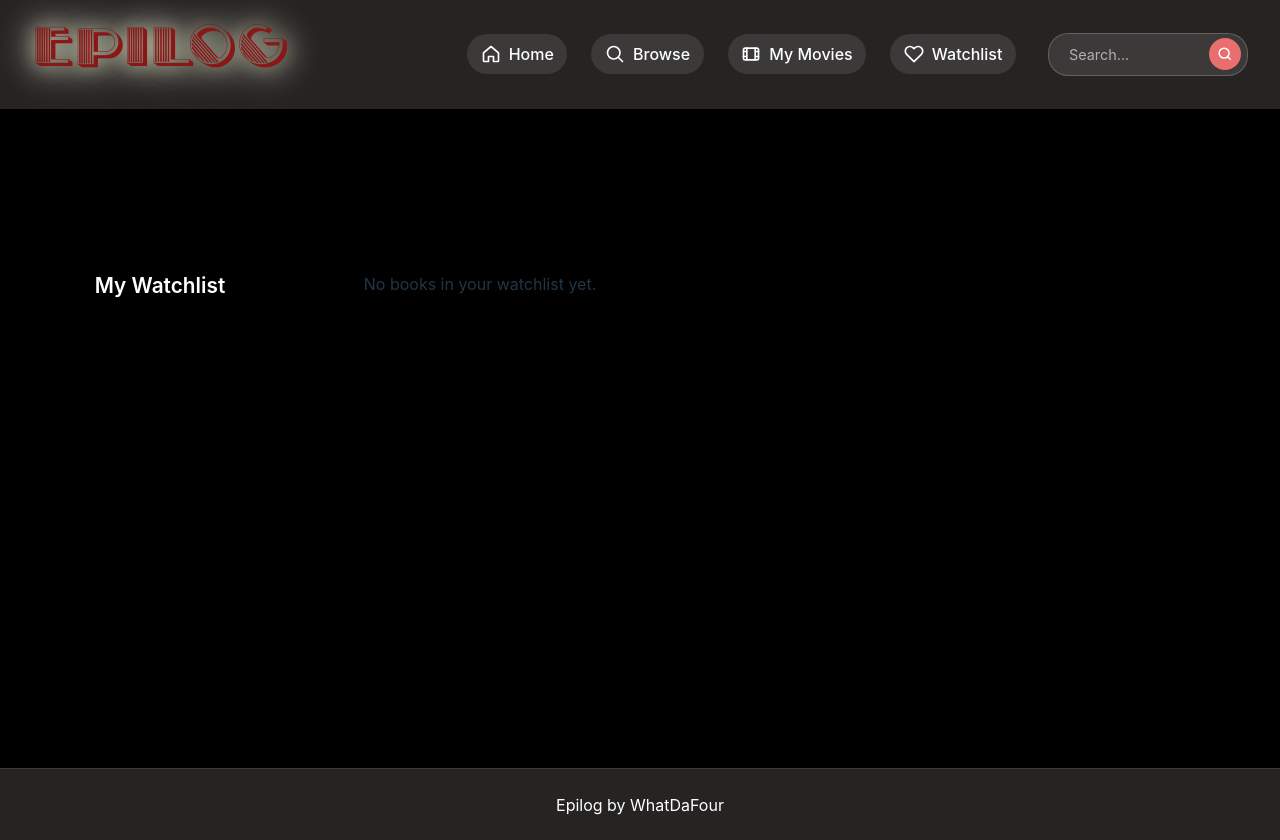
Repository: primcharlin/COMP3170_Epilog
Page: /favourites-myreviews
These files come from the project's save history. The page is drawn as it stood at one moment and after the next save; the edit follows.
The browser window is 1280 px wide. The pictures show the whole page.
The project was rebuilt for these pictures with package versions that can differ from the ones it lists, and the page was loaded fresh each time. Also part of the build but not shown: vite.config.js, src/components/SearchBar.jsx, src/components/BasicMovieCard.jsx, src/components/MovieCarousel.jsx, src/components/Popup.jsx, src/pages/Home.jsx, src/pages/Browse.jsx, src/components/Modal.jsx and 4 more.

Above is the page before, as saved 2025-11-15 15:48:45.

After the next save:
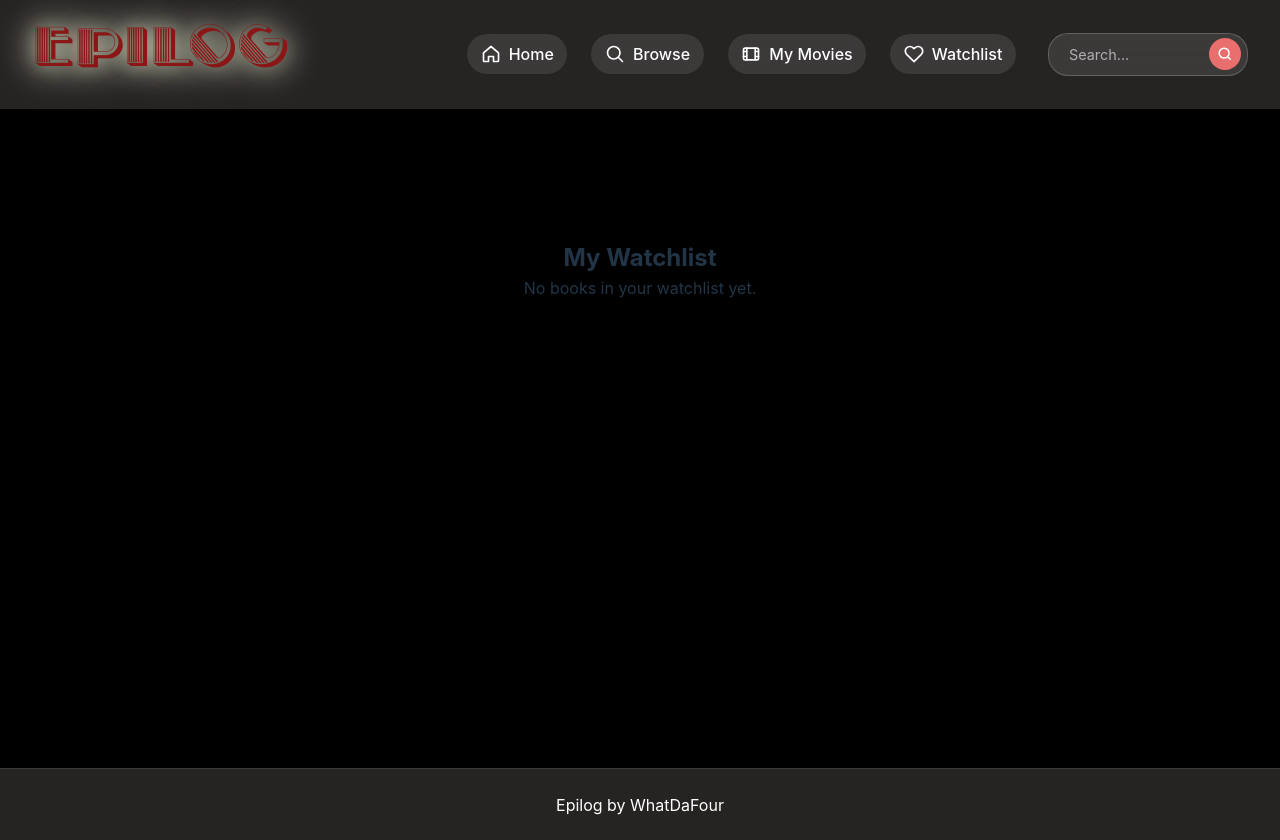
Saved 91 s later.
--- a/src/pages/Watchlist.jsx
+++ b/src/pages/Watchlist.jsx
@@ -12,18 +12,18 @@
   }, []);
 
   return (
-    <div className="watchlist-container">
-      <h2 className="watchlist-title">My Watchlist</h2>
+    <div className="container">
+      <h2 className="page-title">My Watchlist</h2>
 
       {books.length === 0 ? (
-        <p className="watchlist-empty">No books in your watchlist yet.</p>
+        <p className="empty-text">No books in your watchlist yet.</p>
       ) : (
-        <div className="watchlist-grid">
+        <div className="books-grid">
           {books.map((book) => (
-            <div key={book.isbn13} className="watchlist-card">
-              <Link to={`/book/${book.isbn13}`}>
-                <img src={book.image} alt={book.title} />
-                <p className="watchlist-book-title">{book.title}</p>
+            <div key={book.isbn13} className="book-card">
+              <Link to={`/book/${book.isbn13}`} className="book-link">
+                <img src={book.image} alt={book.title} className="book-cover" />
+                <p className="book-title">{book.title}</p>
               </Link>
             </div>
           ))}
